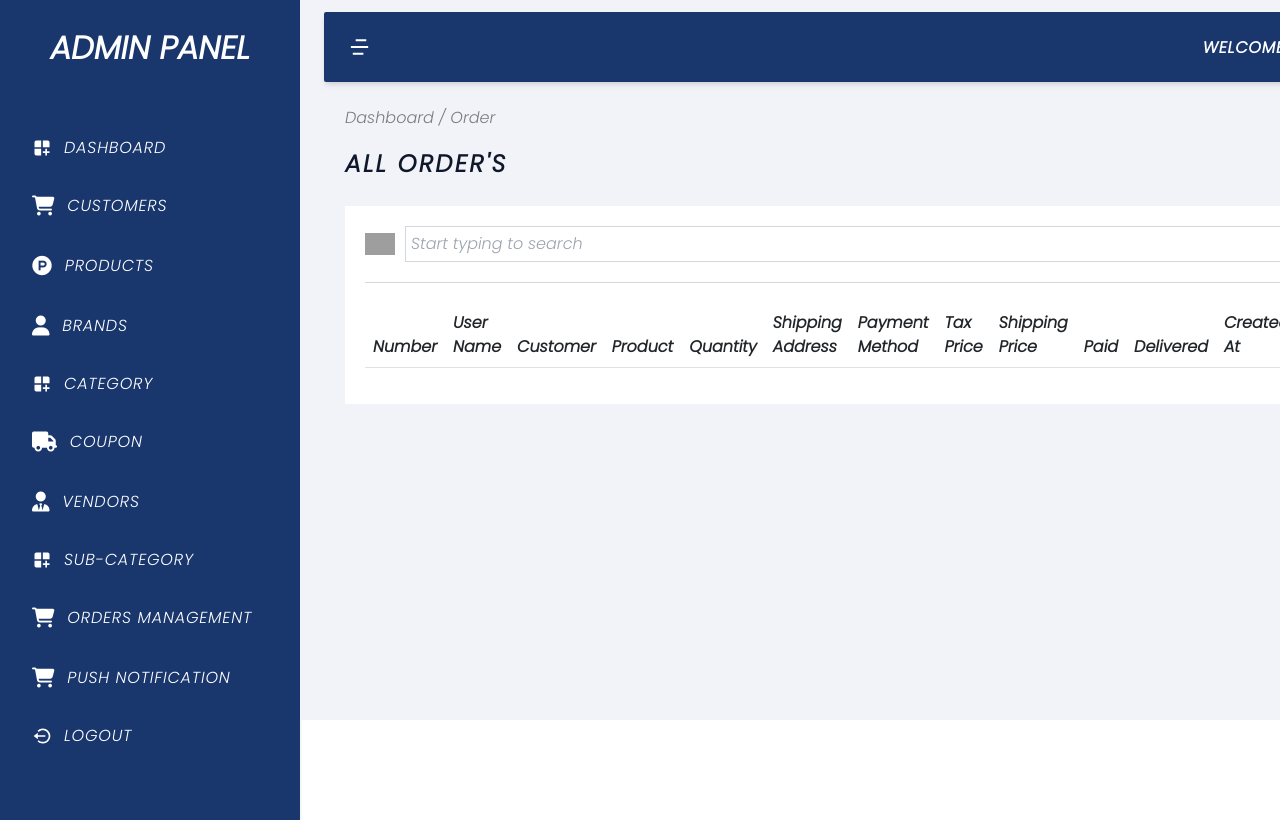
Repository: FlyweisReact/AnilAdminPanel
Page: /E-commerce/Admin/Orders
The author's editor kept a copy of each file at every save. The page is drawn from the files as they stood at one save, then again after the next save.
The browser window is 1280 px wide. The pictures show the whole page.
Pictures or frames that could not be fetched are drawn as grey boxes. The page's requests for data from a server got no answer. Some web libraries are served in a nearby version. The project was rebuilt for these pictures with package versions that can differ from the ones it lists, and the page was loaded fresh each time. No one was signed in, and anything a server would have sent is missing. Also part of the build but not shown: src/E-CommerceAdmin/forms/Login.jsx, src/E-CommerceAdmin/pages/Dashboard.jsx, src/E-CommerceAdmin/pages/ECategory.js, src/E-CommerceAdmin/pages/EProduct.js, src/E-CommerceVendor/forms/EVendorLogin.jsx, src/E-CommerceAdmin/pages/EVendorList.js, src/E-CommerceAdmin/pages/EAdminProduct.js, src/E-CommerceAdmin/pages/EAdminDelivery.js and 5 more. Imported but missing from the stored project, and not drawn on this page: src/E-CommerceVendor/pages/EVCategory, src/E-CommerceVendor/pages/EVDashboard, src/E-CommerceVendor/pages/EVOrders, src/E-CommerceVendor/pages/EVProduct, src/E-CommerceVendor/pages/EVSubCategory.

Above is the page before, as saved 2023-05-03 16:20:12.

After the next save:
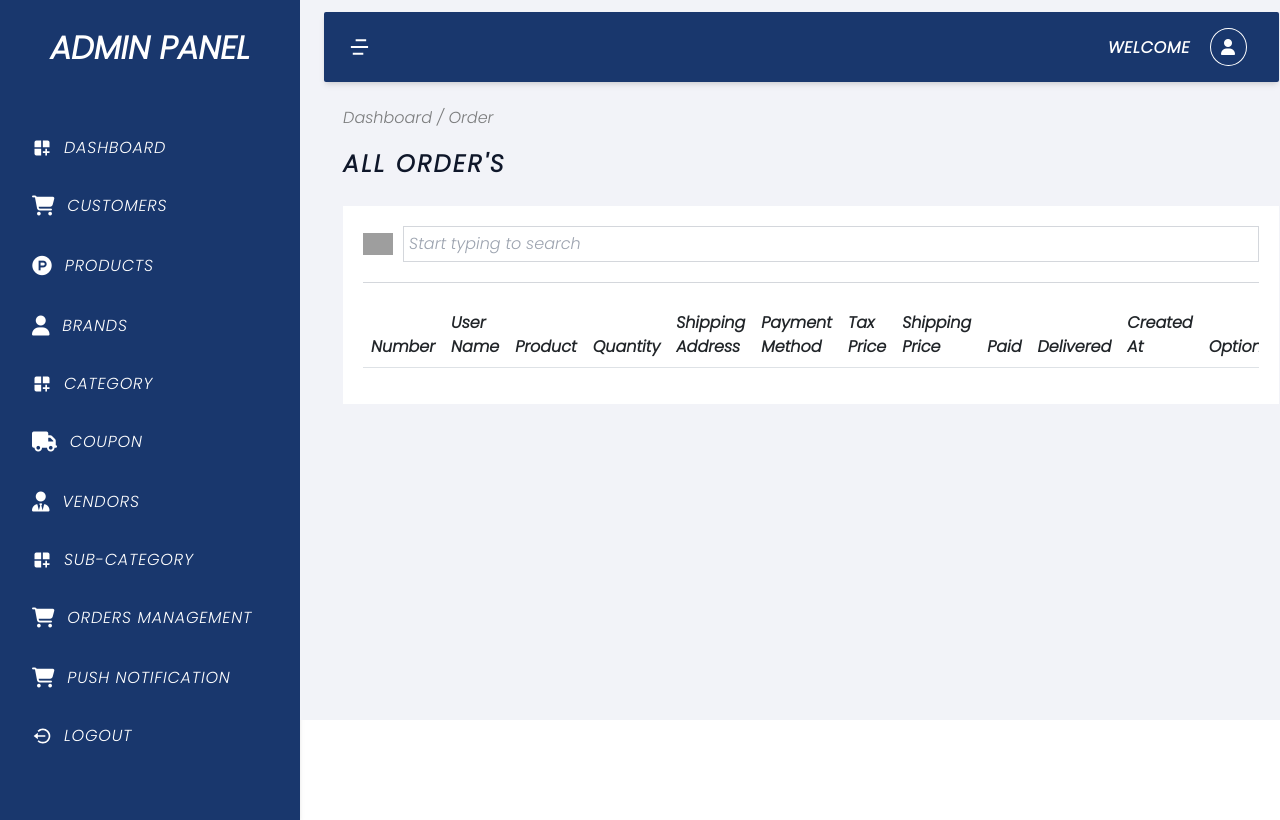
Saved 21 s later.
--- a/src/E-CommerceAdmin/pages/EAdminOrders.js
+++ b/src/E-CommerceAdmin/pages/EAdminOrders.js
@@ -84,7 +84,6 @@ const EAdminOrders = () => {
                 <tr>
                   <th>Number</th>
                   <th>User Name</th>
-                  <th>Customer</th>
                   <th>Product</th>
                   <th>Quantity</th>
                   <th>Shipping Address</th>
